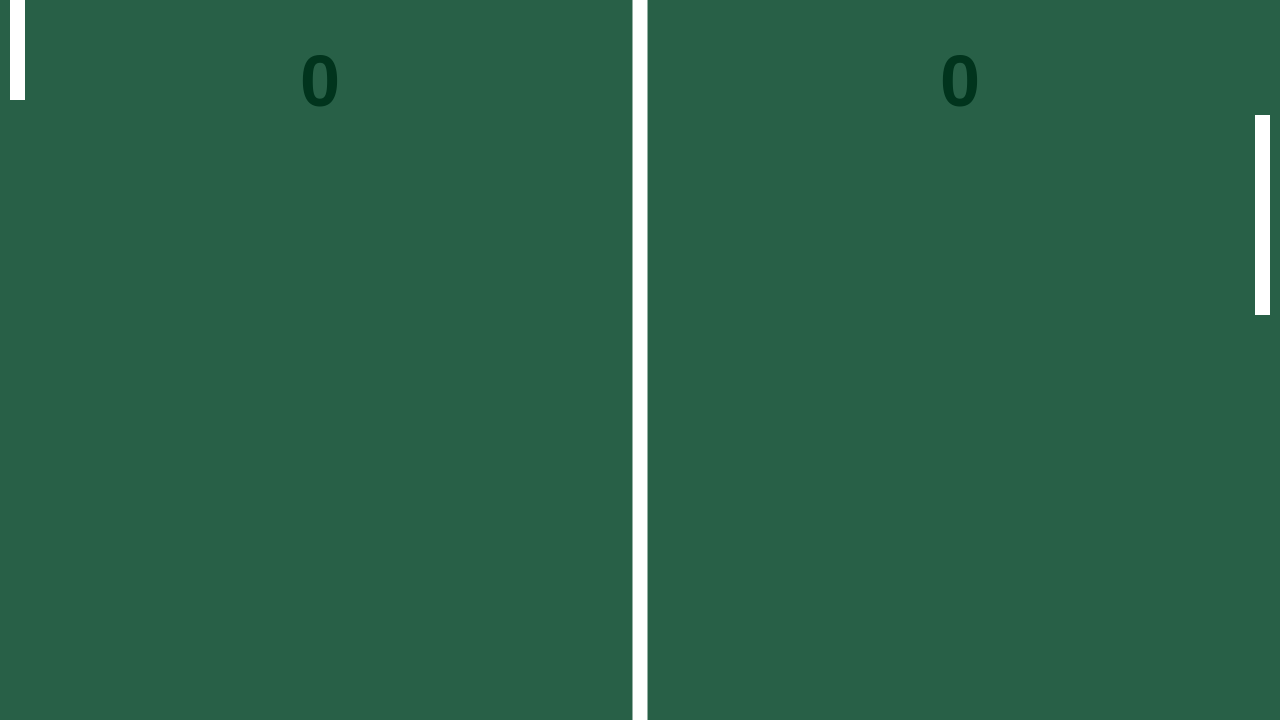
Repository: carlosrobertofigueiredo/Projeto-Ping-Pong
Page: index.html
An editor plug-in stored every save of this project. The page is shown before and after the next save, followed by the edit.
The browser window is 1280 px wide. The pictures show the whole page.

Above is the page before, as saved 2023-05-01 17:16:55.

### index.html
<!DOCTYPE html>
<html lang="en">
  <head>
    <meta charset="UTF-8" />
    <meta http-equiv="X-UA-Compatible" content="IE=edge" />
    <meta name="viewport" content="width=device-width, initial-scale=1.0" />
    <title>Jogo Ping-Pong</title>
    <style>
      * {
        overflow: hidden;
        margin: 0;
        padding: 0;
      }
   </style>
  </head>
  <body>
    <canvas></canvas>
    <script>
      //Captura o elemento canvas do DOM
      const canvasEl = document.querySelector("canvas"),
        canvasCtx = canvasEl.getContext("2d"),
        gapX = 10 //gapX = afastamento da raquete em relação a borda

        const mouse = { x: 0, y: 0}

      const field = {
        w: window.innerWidth,
        h: window.innerHeight,
        draw: function () {
          canvasCtx.fillStyle = "#286047" //fillStyle define o estilo do objeto
          canvasCtx.fillRect(0, 0, this.w, this.h) //fillRect define as medidas do retângulo, this - faz referência ao objeto interno
        },
      }

      const line = {
        w: 15,
        h: field.h,
        draw: function(){
          canvasCtx.fillStyle = "#ffffff"

         // desenha linha central
         canvasCtx.fillRect(field.w / 2 - this.w / 2, 0, this.w, this.h) // field faz referência ao objeto da cons field e o this aos parâmetros internos do próprio objeto

           /* const x = window.innerHeight / 2 - lineWidth / 2 //largura do campo dividido por dois e a largura divida por dois, caso queira mudar a espessura da linha no futuro fica mais fácil para centralizar a linha
        const y = 0 // onde começa a linha
        const w = lineWidth  //largura é a própria linha
        const h = window.innerHeight

        canvasCtx.fillRect(x,y,w,h) */

        },
      }

      const leftPaddle = {
        x: gapX,
        y: 0,
        w: line.w,
        h: 200,
        _move: function(){
          this.y = mouse.y - this.h / 2 //a raquete se orienta pelo movimento do mouse e o this.h/2 coloca o ponteiro do mouse no meio da raquete
        },
        draw: function(){
          canvasCtx.fillStyle = "#ffffff"
          // desenha a raquete esquerda
        canvasCtx.fillRect(this.x, this.y, this.w, this.h)  //  this.x = afastamento da raquete da borda), this.y = altura da raquete em relação ao topo,  this.w = largura da linha, this.h = altura da raquete

         this._move() // chama a função move para controlar a raquete
       },
      }


      const rightPaddle = {
        x: field.w - line.w - gapX,
        y: 100,
        w: line.w,
        h: 200,
        _move: function(){
          this.y = ball.y //a raquete se orienta pela bolinha
        },
        draw: function(){
          canvasCtx.fillStyle = "#ffffff"
         // desenha a raquete direita
        canvasCtx.fillRect(this.x, this.y, this.w, this.h)  //  this.x = afastamento da raquete da borda), this.y = altura da raquete em relação ao topo,  this.w = largura da linha, this.h = altura da raquete

          this._move()
       },
      }

      const score = {
        human: 0,
        computer: 0,
        increaseHuman: function () {
          this.human++
        },
        increaseComputer: function () {
          this.computer++
        },
        draw: function(){

          // desenha o placar
        canvasCtx.font = "bold 72px Arial"
        canvasCtx.textAlign = "center"
        canvasCtx.textBaseline = "top"
        canvasCtx.fillStyle = "#01341D"
        canvasCtx.fillText(this.human, field.w / 4, 50) //primeiro parâmetro é o texto do placar = 3, o segundo parâmento é o primeiro 1/4 do campo = window.innerWidth / 4, o terceiro parâmetro é o y que corresponde a altura do placar.
        canvasCtx.fillText(this.computer, field.w / 4 + field.w / 2, 50)

        },

      }

      const ball = {

        x: 0,
        y: 0,
        r:  20,
        speed: 5,
        directionX: 1, //diz a trajetória da bolinha, 1 = bolinha indo pra frente e -1 bolinha pra trás.
        directionY: 1, //diz a trajetória da bolinha, 1 = bolinha indo pra baixo e -1 bolinha pra cima.

        _calcPosition: function(){
          //verifica as laterais superior e inferior do campo
          if(
            (this.y - this.r < 0 && this.directionY < 0 ) ||  //reveter o y na parte superior do campo, this.r desconsidera o centro do raio para rebater pela borda
            (this.y > field.h - this.r && this.directionY > 0) //no momento que o Y da bolinha começar a descer, se ela for maior que a altura de campo se inverte a direção, this.r desconsidera o centro do raio para rebater pela borda
            ){
              // rebate a bola invertendo o sinal do eixo Y
              this._reverseY()

          }
        },

        _reverseX: function(){
          this.directionX *= -1
        },

        _reverseY: function(){
          /*
          1 * -1 = -1
          -1 * -1 =  1 */

          this.directionY *= -1
        },


        _move: function(){
          this.x += this.directionX * this.speed
          this.y += this.directionY * this.speed
        },
        draw: function() {

          // desenha a bolinha
        canvasCtx.fillStyle = "#ffffff"
        canvasCtx.beginPath()  //o comando arc não tem um comando fillarc, por isso é necessário colocar o arc entre o beginPath() e o fill()
        canvasCtx.arc(this.x, this.y, this.r, 0, 2 * Math.PI, false)  //arc(x, y, r, 0, 0.0 * Math.PI, false) x,y = posição do arco(bolinha), r = tamanho da bolinha, 0 = inicio do arco, 2.0 * PI define o circulo
        canvasCtx.fill()

        this._calcPosition()
        this._move()

        },

        }


       /*Função p/ definir altura e largura do campo*/
       function setup() {
        canvasEl.width = canvasCtx.width = field.w
        canvasEl.height = canvasCtx.height = field.h
      }

      /* Função de desenho dos elementos do campo*/
        function draw() {
        field.draw()
        line.draw()
        leftPaddle.draw()
        rightPaddle.draw()
        score.draw()
        ball.draw()

      }




      window.animateFrame = ( function () {
         return(
           window.requestAnimationFrame ||
           window.webkitRequestAnimationFrame ||
           window.mozRequestAnimationFrame ||
           window.oRequestAnimationFrame ||
           window.msRequestAnimationFrame ||
           function (callback) {
            return window.setTimeout(callback, 1000 / 60)
           }
          )
         })()

         function main() {
          animateFrame(main)
          draw()
         }

         setup()
         main()

         canvasEl.addEventListener("mousemove", function (e) {
          mouse.x = e.pageX
          mouse.y = e.pageY



         })


    </script>
  </body>
</html>

After the next save:
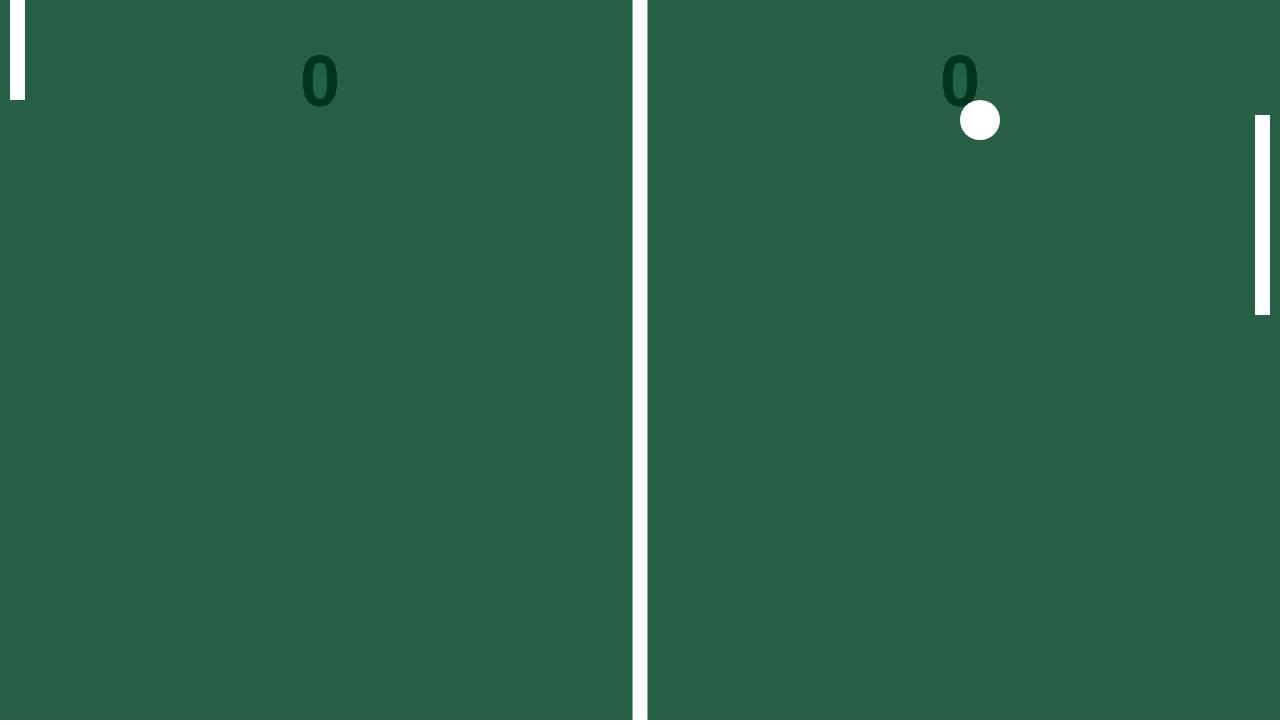
Saved 4 min 45 s later.
--- a/index.html
+++ b/index.html
@@ -119,6 +119,22 @@
         directionY: 1, //diz a trajetória da bolinha, 1 = bolinha indo pra baixo e -1 bolinha pra cima.
 
         _calcPosition: function(){
+
+          // verifica se o jogador 1 fez um ponto (x > largura do campo)
+          if (this.x > field.w - this.r - rightPaddle.w - gapX) {
+            // verifica se a raquete direita está na posição y da bola
+            if (
+              this.y + this.r > rightPaddle.y &&
+              this.y - this.r < rightPaddle.y + rightPaddle.h
+            ) {
+              // rebate a bola intervertendo o sinal de X
+              this._reverseX()
+            } else {
+              // pontuar o jogador 1
+              score.increaseHuman()
+              this._pointUp()
+            }
+          }
           //verifica as laterais superior e inferior do campo
           if(
             (this.y - this.r < 0 && this.directionY < 0 ) ||  //reveter o y na parte superior do campo, this.r desconsidera o centro do raio para rebater pela borda
@@ -142,6 +158,10 @@
           this.directionY *= -1
         },
 
+        _pointUp: function () {
+          this.x = field.w / 2
+          this.y = field.h / 2
+        },
 
         _move: function(){
           this.x += this.directionX * this.speed
